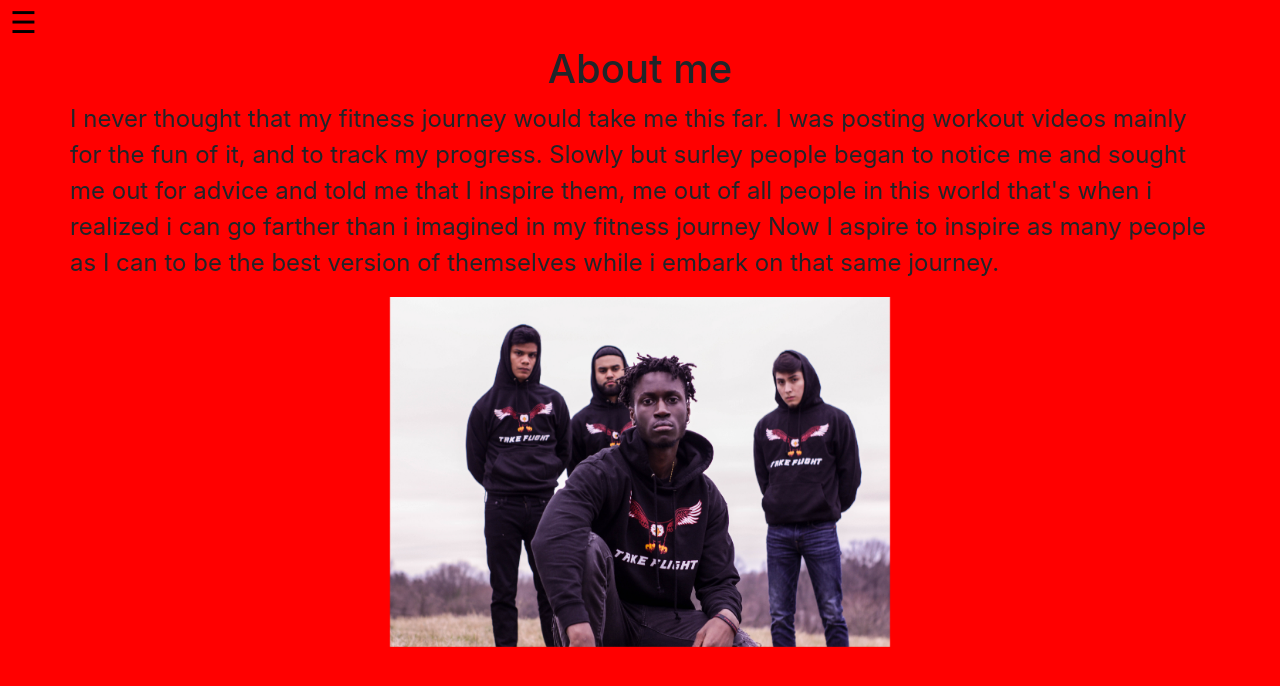
Repository: mamadont/MamadouFitnessWebsite
Page: pages-html/about-me.html
An editor plug-in stored every save of this project. The page is shown before and after the next save, followed by the edit.
The browser window is 1280 px wide. The pictures show the whole page.
Some web libraries are served in a nearby version.

Above is the page before, as saved 2020-07-09 01:28:17.

### pages-html/about-me.html
<!DOCTYPE html>
<html>

<head>
    <title>Mamadou Fitness</title>
    <link rel="stylesheet" href='../pages-css/about-me.css'>
    <meta name="viewport" content="width=device-width, initial-scale=1.0">

    <!-- Bootstrap -->
    <link rel="stylesheet" href="https://stackpath.bootstrapcdn.com/bootstrap/4.5.0/css/bootstrap.min.css" integrity="sha384-9aIt2nRpC12Uk9gS9baDl411NQApFmC26EwAOH8WgZl5MYYxFfc+NcPb1dKGj7Sk" crossorigin="anonymous">
    <!-- Animate.CSS-->
    <link rel="stylesheet" href="https://cdnjs.cloudflare.com/ajax/libs/animate.css/4.0.0/animate.min.css" />
    <!-- Font Awesome -->
    <script src="https://kit.fontawesome.com/0a51dc7bb6.js" crossorigin="anonymous"></script>
</head>

<body>
    <!-- Parent container-->
    <div id="main" class="bg">
        <!-- Hamburger Icon-->
        <span class="menu-icon" onclick="openNav()">&#9776; </span>

        <!-- About me content-->
        <div class="container">
            <!-- Header -->
            <div class="row justify-content-center animate__animated animate__slideInDown">
                <h1 id="header"> About me</h1>
            </div>

            <!-- About me description -->
            <div id="about-me-desc" class="row justify-content-center animate__animated animate__slideInLeft">
                <div>
                    <p>I never thought that my fitness journey would take me this far. I was posting workout videos mainly for the fun of it, and to track my progress. Slowly but surley people began to notice me and sought me out for advice and told me that
                        I inspire them, me out of all people in this world that's when i realized i can go farther than i imagined in my fitness journey Now I aspire to inspire as many people as I can to be the best version of themselves while i embark
                        on that same journey.</p>
                </div>
            </div>

            <div class="row animate__animated animate__slideInRight">
                <img id="my-image" src="../assets/pic2.JPG" />
            </div>

            <!-- Images -->
            <!-- <div id="carousel" class="row carousel slide animate__animated animate__slideInRight" data-ride="carousel">
                <div class="carousel-inner">
                    <div class="carousel-item active">
                        <img class="d-block w-100" src="../assets/pic1.jpg" />
                    </div>
                    <div class="carousel-item">
                        <img class=" w-100" src="../assets/pic2.JPG" />
                    </div>
                    <div class="carousel-item">
                        <img class="d-block w-100" src="../assets/pic3.JPG" />
                    </div>
                    <div class="carousel-item">
                        <img class="d-block w-100" src="../assets/pic4.JPG" />
                    </div>
                </div>
                <a class="carousel-control-prev" href="#carousel" role="button" data-slide="prev">
                    <span class="carousel-control-prev-icon" aria-hidden="true"></span>
                    <span class="sr-only">Previous</span>
                </a>
                <a class="carousel-control-next" href="#carousel" role="button" data-slide="next">
                    <span class="carousel-control-next-icon" aria-hidden="true"></span>
                    <span class="sr-only">Next</span>
                </a>
            </div> -->

        </div>
    </div>

    <!-- Side menu-->
    <div id="myNav" class="overlay">
        <a href="javascript:void(0)" class="closebtn" onclick="closeNav()">&times;</a>
        <div class="overlay-content">
            <!-- Menu Options -->
            <a href="../index.html">Home</a>
            <a href="./pages-html/about-me.html">About me</a>
            <a href="./social-media.html">Social Media</a>
            <a href="#">Workout Programs</a>
            <a href="#">Shop</a>
            <a href="./contact-me.html">Apply for Coaching</a>
        </div>
    </div>

    <!-- Javascript for this page-->
    <script src="../scripts/script.js"></script>
    <!-- Necessary script tags for Bootstrap-->
    <script src="https://code.jquery.com/jquery-3.5.1.slim.min.js" integrity="sha384-DfXdz2htPH0lsSSs5nCTpuj/zy4C+OGpamoFVy38MVBnE+IbbVYUew+OrCXaRkfj" crossorigin="anonymous"></script>
    <script src="https://cdn.jsdelivr.net/npm/popper.js@1.16.0/dist/umd/popper.min.js" integrity="sha384-Q6E9RHvbIyZFJoft+2mJbHaEWldlvI9IOYy5n3zV9zzTtmI3UksdQRVvoxMfooAo" crossorigin="anonymous"></script>
    <script src="https://stackpath.bootstrapcdn.com/bootstrap/4.5.0/js/bootstrap.min.js" integrity="sha384-OgVRvuATP1z7JjHLkuOU7Xw704+h835Lr+6QL9UvYjZE3Ipu6Tp75j7Bh/kR0JKI" crossorigin="anonymous"></script>
</body>

</html>

### pages-css/about-me.css
/* Background Image */

body,
html {
    height: 100%;
    overflow-x: hidden;
    overflow-y: hidden;
    background-color: red;
}

.bg {
    /* The image used */
    background-color: #FF0000;
    /* Full height */
    height: 100%;
    /* Center and scale the image nicely */
    background-position: center;
    background-repeat: no-repeat;
    background-size: cover;
    z-index: -1;
}


/* Hamburger (Menu) icon */

.menu-icon {
    font-size: 30px;
    cursor: pointer;
    padding-left: 10px;
    color: black;
    height: 300px;
    width: 300px;
}


/* About me header */

#about-me-header {
    text-align: center;
}


/* Menu overlay */

.overlay {
    height: 100%;
    width: 0;
    position: fixed;
    z-index: 1;
    top: 0;
    left: 0;
    background-color: black;
    overflow-x: hidden;
    transition: 0.5s;
}

.overlay-content {
    position: relative;
    top: 25%;
    width: 100%;
    text-align: center;
    margin-top: 30px;
}

.overlay a {
    padding: 8px;
    text-decoration: none;
    font-size: 36px;
    color: #818181;
    display: block;
    transition: 0.3s;
}

.overlay a:hover,
.overlay a:focus {
    color: red;
    text-decoration: none;
}

.overlay .closebtn {
    position: absolute;
    top: 20px;
    right: 45px;
    font-size: 60px;
}

@media screen and (max-height: 450px) {
    .overlay a {
        font-size: 20px
    }
    .overlay .closebtn {
        font-size: 40px;
        top: 15px;
        right: 35px;
    }
}


/* About me content */

p {
    font-size: 24px;
}

#header {
    text-align: center;
}

#my-image {
    height: 350px;
    width: 500px;
    margin: auto;
}

.animate__animated {
    --animation-duration: 3s;
}


/* For smaller screens */

@media(max-width: 767px) {
    p {
        font-size: large;
    }
    #about-me-desc {
        padding: 20px;
    }
    #my-image {
        height: 300px;
        width: 350px;
        margin: auto;
    }
}

### scripts/script.js
function openNav() {
    // Changes width based on the width of the viewport (30% for larger screens, 100% for smaller screens)
    if (window.innerWidth < 1280) {
        document.getElementById("myNav").style.width = "100%";
    } else {
        document.getElementById("myNav").style.width = "30%";
    }

    document.getElementById("main").style.opacity = 0.5;



}

function closeNav() {
    document.getElementById("myNav").style.width = "0%";
    document.getElementById("main").style.opacity = 1.0
}

After the next save:
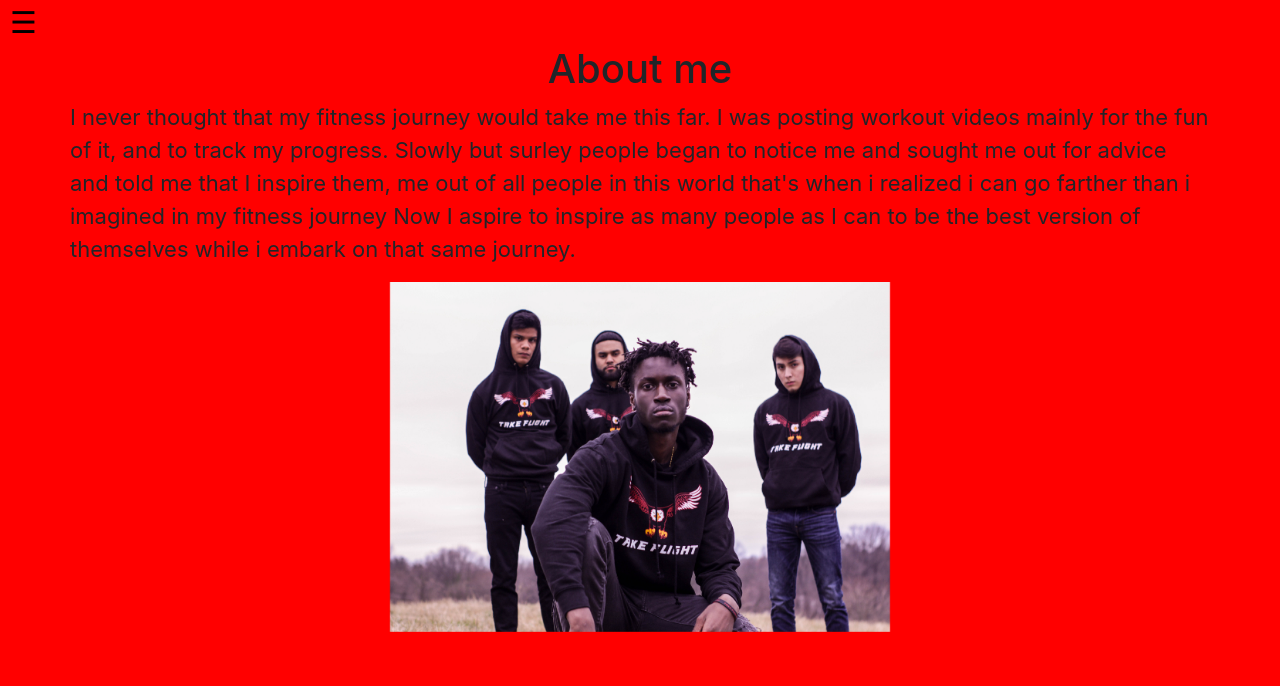
Saved 6 s later.
--- a/pages-css/about-me.css
+++ b/pages-css/about-me.css
@@ -99,7 +99,7 @@ html {
 /* About me content */
 
 p {
-    font-size: 24px;
+    font-size: 22px;
 }
 
 #header {
